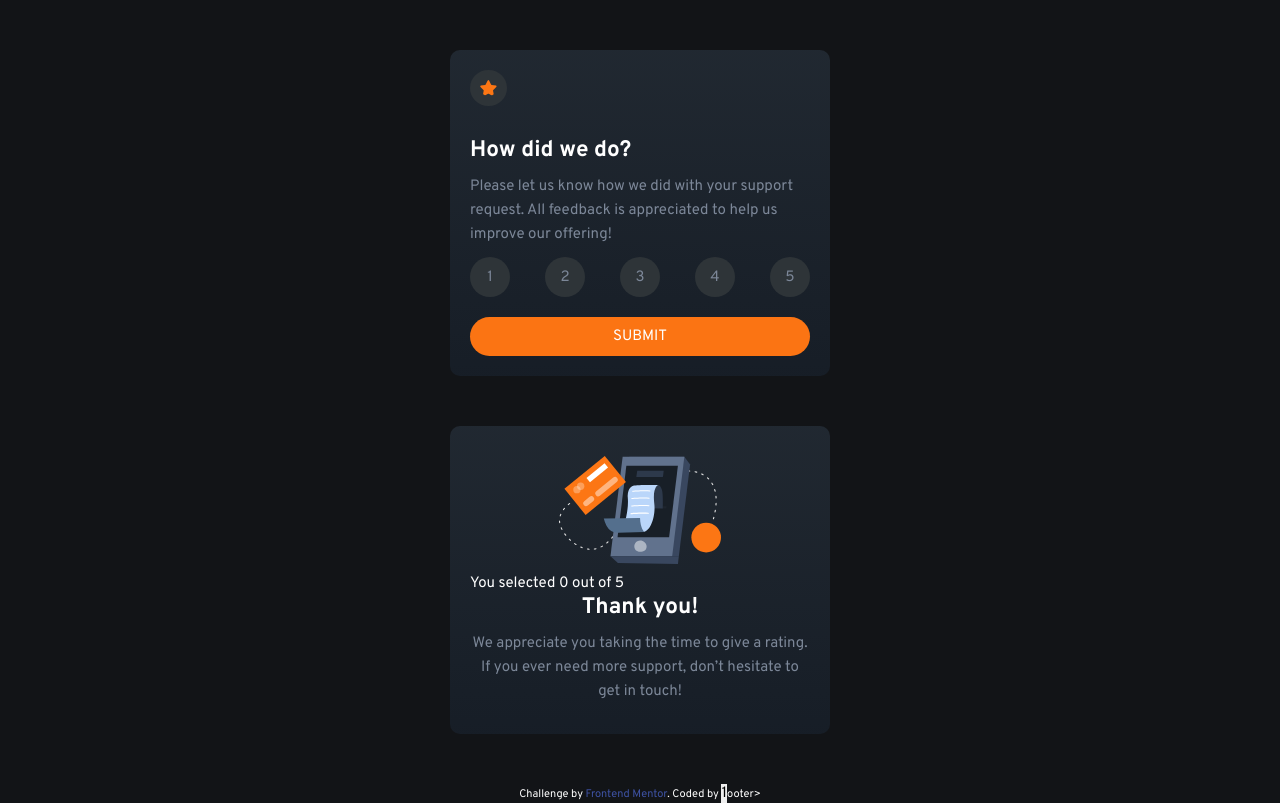
Repository: huynhnhutanhduy/interactive-rating-component
Page: index.html
An editor plug-in stored every save of this project. The page is shown before and after the next save, followed by the edit.
The browser window is 1280 px wide. The pictures show the whole page.

Above is the page before, as saved 2022-10-19 10:38:39.

After the next save:
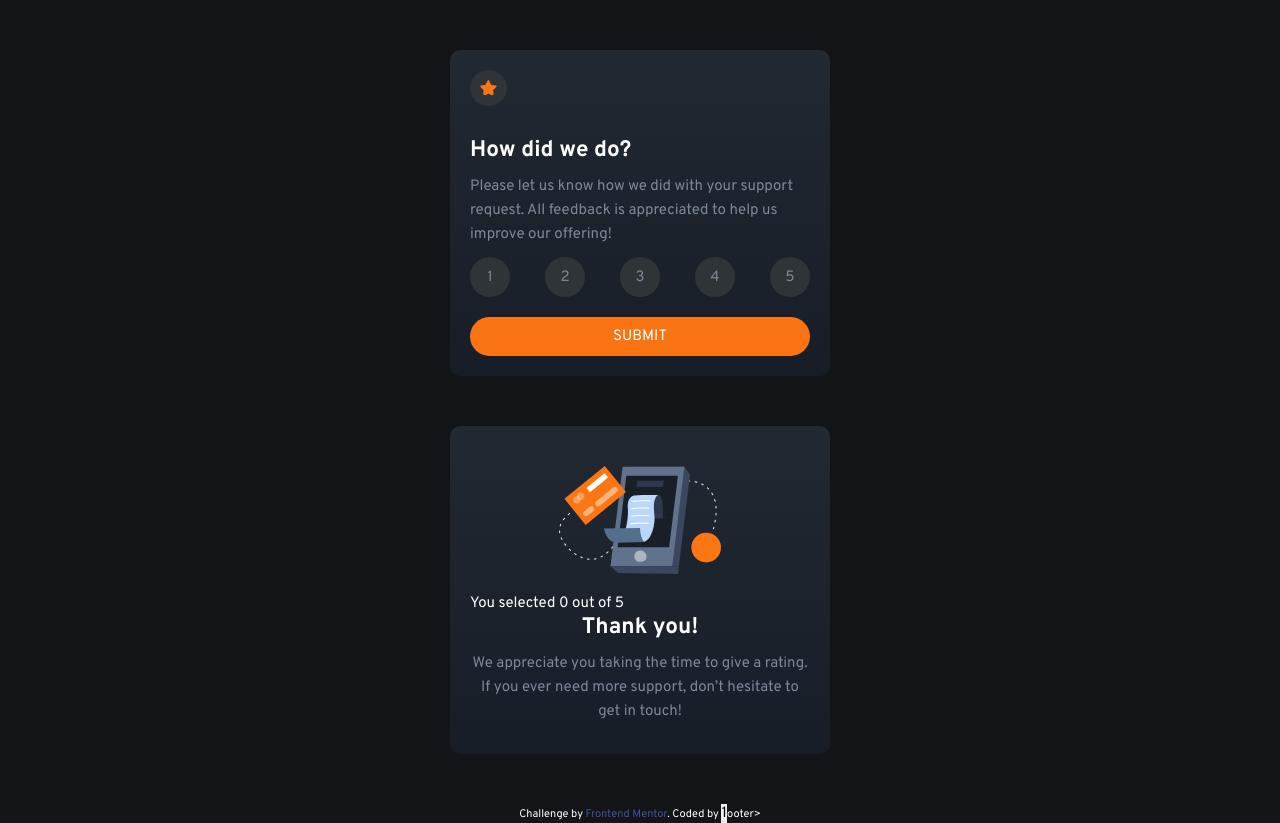
Saved 10 s later.
--- a/app.css
+++ b/app.css
@@ -102,5 +102,5 @@
   text-align: center;
 }
 .rating-thank {
-  margin: 1rem auto;
+  margin: 2rem auto;
 }

After the save that followed:
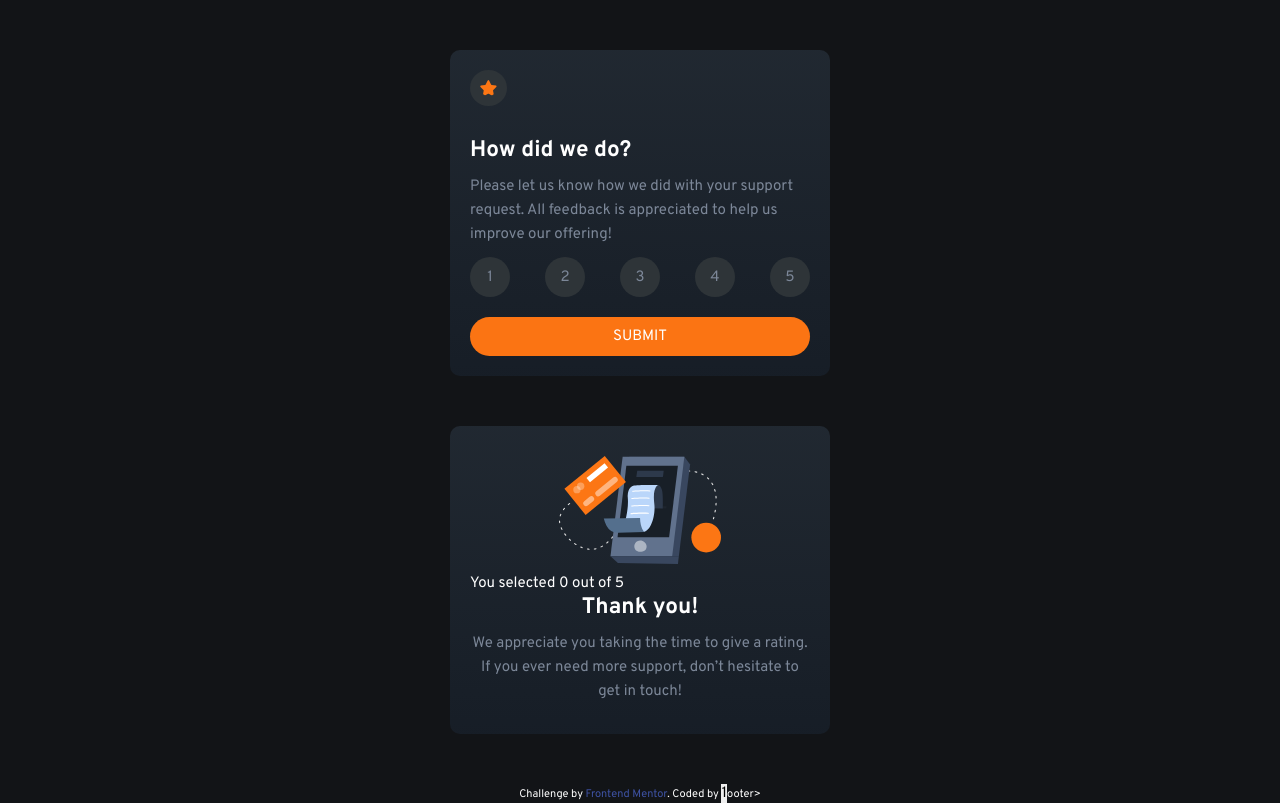
Saved 28 s later.
--- a/app.css
+++ b/app.css
@@ -102,5 +102,5 @@
   text-align: center;
 }
 .rating-thank {
-  margin: 2rem auto;
+  margin: 1rem auto;
 }
